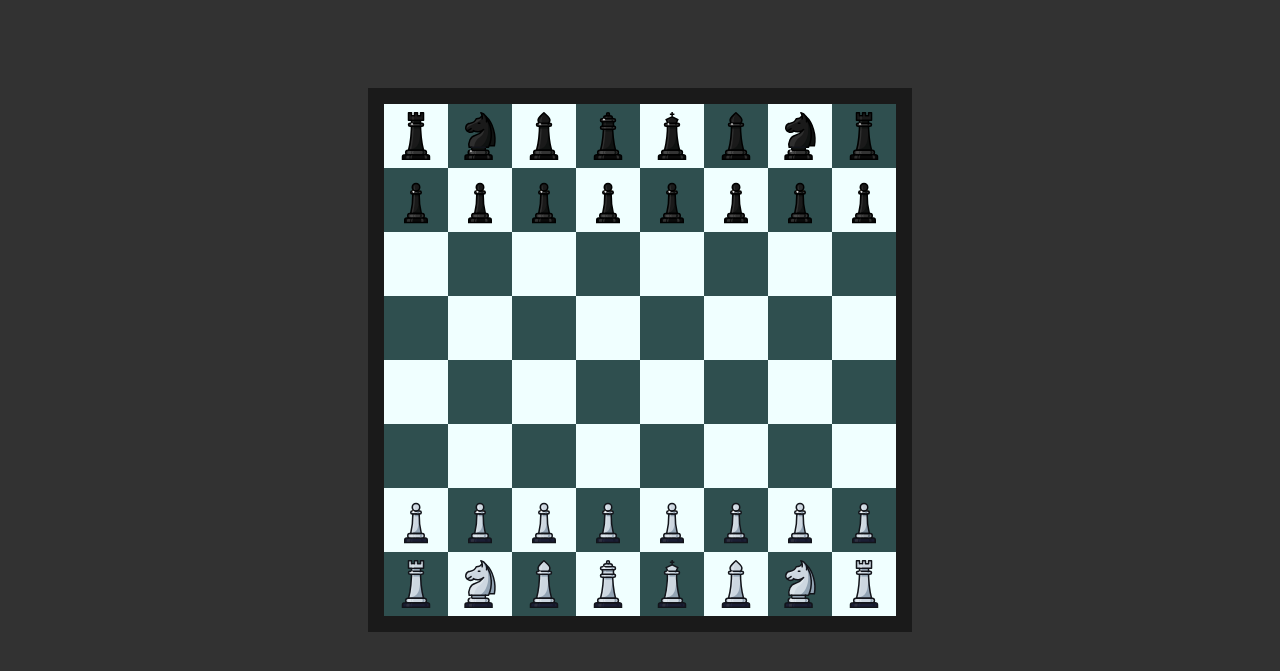
Repository: Mirsmog/react-chess
Page: /
The author's editor kept a copy of each file at every save. The page is drawn from the files as they stood at one save, then again after the next save.
The browser window is 1280 px wide. The pictures show the whole page.
The project was rebuilt for these pictures with package versions that can differ from the ones it lists, and the page was loaded fresh each time. Also part of the build but not shown: vite.config.ts.

Above is the page before, as saved 2023-10-28 16:01:13.

### src/App.tsx
import BoardComponent from '@/components/BoardComponent';
import { Board } from './models/Board';
import React from 'react';

const App = () => {
  const [board, setBoard] = React.useState(new Board());

  React.useEffect(() => {
    restart();
  }, []);

  function restart() {
    const newBoard = new Board();
    newBoard.initCells();
    newBoard.addFigures()
    setBoard(newBoard);
  }
  return (
    <div className='app'>
      <BoardComponent board={board} setBoard={setBoard} />
    </div>
  );
};

export default App;

### src/index.css
:root {
  --sell-size: 64px;
}

* {
  margin: 0;
  padding: 0;
}

.app {
  background-color: #323232;
  width: 100vw;
  height: 100vh;
  display: flex;
  justify-content: center;
  align-items: center;
}

.board {
  display: flex;
  width: calc(var(--sell-size) * 8);
  height: calc(var(--sell-size) * 8);
  flex-wrap: wrap;
  border: 16px solid #1a1a1a;
}

.cell {
  width: var(--sell-size);
  height: var(--sell-size);
  display: flex;
  justify-content: center;
  align-items: center;
}

.cell img {
  width: 48px;
  height: 48px;
  position: relative;
  cursor: pointer;
}

img[src*='/src/assets/pawn-white.svg'],
img[src*='/src/assets/pawn-black.svg'] {
  /* transform: scale(1.18); */
  transform: translateY(3px);
}

.black {
  background-color: darkslategrey;
}

.white {
  background-color: azure;
}

.selected img{
  transform: scale(1.2);
}

.available {
  width: 12px;
  height: 12px;
  border-radius: 100%;
  background-color: brown;
}

### src/components/BoardComponent.tsx
import { Board } from '@/models/Board';
import React from 'react';
import CellComponent from './CellComponent';
import { Cell } from '@/models/Cell';

type Props = {
  board: Board;
  setBoard: (board: Board) => void;
};

const BoardComponent: React.FC<Props> = ({ board, setBoard }) => {
  const [currentCell, setCurrentCell] = React.useState<Cell | null>(null);
  const click = (cell: Cell) => {
    cell.figure && setCurrentCell(cell);
  };
  return (
    <div className='board'>
      {board.cells.map((row, index) => (
        <React.Fragment key={index}>
          {row.map((cell) => (
            <CellComponent
              click={click}
              key={cell.id}
              cell={cell}
              selected={cell.x === currentCell?.x && cell.y === currentCell?.y}
            />
          ))}
        </React.Fragment>
      ))}
    </div>
  );
};

export default BoardComponent;

### src/models/Board.ts
import { Cell } from './Cell';
import { Colors } from './Colors';
import { Bishop } from './figures/Bishop';
import { King } from './figures/King';
import { Knight } from './figures/Knight';
import { Pawn } from './figures/Pawn';
import { Queen } from './figures/Queen';
import { Rook } from './figures/Rook';

export class Board {
  cells: Cell[][] = [];

  public initCells() {
    for (let i = 0; i < 8; i++) {
      const row: Cell[] = [];
      for (let j = 0; j < 8; j++) {
        if ((i + j) % 2 !== 0) {
          row.push(new Cell(this, j, i, Colors.BLACK, null)); // black
        } else {
          row.push(new Cell(this, j, i, Colors.WHITE, null)); // white
        }
      }
      this.cells.push(row);
    }
  }
  public getCell(x: number, y: number) {
    return this.cells[y][x];
  }

  private addPawns() {
    for (let i = 0; i < 8; i++) {
      new Pawn(Colors.BLACK, this.getCell(i, 1));
      new Pawn(Colors.WHITE, this.getCell(i, 6));
    }
  }
  private addKings() {
    new King(Colors.BLACK, this.getCell(4, 0));
    new King(Colors.WHITE, this.getCell(4, 7));
  }
  private addQueens() {
    new Queen(Colors.BLACK, this.getCell(3, 0));
    new Queen(Colors.WHITE, this.getCell(3, 7));
  }
  private addBishops() {
    new Bishop(Colors.BLACK, this.getCell(2, 0));
    new Bishop(Colors.BLACK, this.getCell(5, 0));
    new Bishop(Colors.WHITE, this.getCell(2, 7));
    new Bishop(Colors.WHITE, this.getCell(5, 7));
  }
  private addKnights() {
    new Knight(Colors.BLACK, this.getCell(1, 0));
    new Knight(Colors.BLACK, this.getCell(6, 0));
    new Knight(Colors.WHITE, this.getCell(1, 7));
    new Knight(Colors.WHITE, this.getCell(6, 7));
  }
  private addRooks() {
    new Rook(Colors.BLACK, this.getCell(0, 0));
    new Rook(Colors.BLACK, this.getCell(7, 0));
    new Rook(Colors.WHITE, this.getCell(0, 7));
    new Rook(Colors.WHITE, this.getCell(7, 7));
  }

  public addFigures() {
    this.addKings();
    this.addBishops();
    this.addKnights();
    this.addQueens();
    this.addPawns();
    this.addRooks();
  }
}

### src/components/CellComponent.tsx
import { Cell } from '@/models/Cell';
import React from 'react';

type Props = {
  cell: Cell;
  selected: boolean;
  click: (cell: Cell) => void;
};

const CellComponent: React.FC<Props> = ({ cell, selected, click }) => {
  return (
    <div className={`cell ${cell.color} ${selected && 'selected'}`} onClick={() => click(cell)}>
      {cell.available && !cell.figure && <div className='available'></div>}
      {cell.figure?.logo && (
        <img src={cell.figure.logo} alt={cell.figure.logo} />
      )}
    </div>
  );
};

export default CellComponent;

### src/models/Cell.ts
import { Board } from './Board';
import { Colors } from './Colors';
import { Figure } from './figures/Figure';

export class Cell {
  readonly x: number;
  readonly y: number;
  readonly color: Colors;
  figure: Figure | null;
  board: Board;
  available: boolean;
  id: number;

  constructor(
    board: Board,
    x: number,
    y: number,
    color: Colors,
    figure: Figure | null
  ) {
    this.board = board;
    this.figure = figure;
    this.color = color;
    this.x = x;
    this.y = y;
    this.available = false;
    this.id = Math.random();
  }
}

### src/models/Colors.ts
export enum Colors {
  BLACK = 'black',
  WHITE = 'white',
}

### src/models/figures/Bishop.ts
import { Cell } from '../Cell';
import { Colors } from '../Colors';
import { Figure, FigureName } from './Figure';
import bishopBlack from '@/assets/bishop-black.svg';
import bishopWhite from '@/assets/bishop-white.svg';
export class Bishop extends Figure {
  constructor(color: Colors, cell: Cell) {
    super(color, cell);
    this.logo = color === Colors.BLACK ? bishopBlack : bishopWhite;
    this.name = FigureName.BISHOP
  }
}

### src/models/figures/King.ts
import { Cell } from '../Cell';
import { Colors } from '../Colors';
import { Figure, FigureName } from './Figure';
import kingBlack from '@/assets/king-black.svg';
import kingWhite from '@/assets/king-white.svg';
export class King extends Figure {
  constructor(color: Colors, cell: Cell) {
    super(color, cell);
    this.logo = color === Colors.BLACK ? kingBlack : kingWhite;
    this.name = FigureName.KING
  }
}

### src/models/figures/Knight.ts
import { Cell } from '../Cell';
import { Colors } from '../Colors';
import { Figure, FigureName } from './Figure';
import knightBlack from '@/assets/knight-black.svg';
import knightWhite from '@/assets/knight-white.svg';
export class Knight extends Figure {
  constructor(color: Colors, cell: Cell) {
    super(color, cell);
    this.logo = color === Colors.BLACK ? knightBlack : knightWhite;
    this.name = FigureName.KNIGHT
  }
}

### src/models/figures/Pawn.ts
import { Cell } from '../Cell';
import { Colors } from '../Colors';
import { Figure, FigureName } from './Figure';
import pawnBlack from '@/assets/pawn-black.svg';
import pawnWhite from '@/assets/pawn-white.svg';
export class Pawn extends Figure {
  constructor(color: Colors, cell: Cell) {
    super(color, cell);
    this.logo = color === Colors.BLACK ? pawnBlack : pawnWhite;
    this.name = FigureName.PAWN
  }
}

### src/models/figures/Queen.ts
import { Cell } from '../Cell';
import { Colors } from '../Colors';
import { Figure, FigureName } from './Figure';
import queenBlack from '@/assets/queen-black.svg';
import queenWhite from '@/assets/queen-white.svg';
export class Queen extends Figure {
  constructor(color: Colors, cell: Cell) {
    super(color, cell);
    this.logo = color === Colors.BLACK ? queenBlack : queenWhite;
    this.name = FigureName.QUEEN
  }
}

### src/models/figures/Rook.ts
import { Cell } from '../Cell';
import { Colors } from '../Colors';
import { Figure, FigureName } from './Figure';
import rookBlack from '@/assets/rook-black.svg';
import rookWhite from '@/assets/rook-white.svg';
export class Rook extends Figure {
  constructor(color: Colors, cell: Cell) {
    super(color, cell);
    this.logo = color === Colors.BLACK ? rookBlack : rookWhite;
    this.name = FigureName.ROOK;
  }
}

### src/models/figures/Figure.ts
import { Cell } from '../Cell';
import { Colors } from '../Colors';
import logo from '@/assets/bishop-black.svg';

import queenBlack from '@/assets/queen-black.svg';
import bishopBlack from '@/assets/bishop-black.svg';
import rookBlack from '@/assets/rook-black.svg';
import knightBlack from '@/assets/knight-black.svg';
import pawnBlack from '@/assets/pawn-black.svg';

import queenWhite from '@/assets/queen-white.svg';
import bishopWhite from '@/assets/bishop-white.svg';
import rookWhite from '@/assets/rook-white.svg';
import knightWhite from '@/assets/knight-white.svg';
import pawnWhite from '@/assets/pawn-white.svg';

export enum FigureName {
  FIGURE = 'figure',
  KING = 'king',
  QUEEN = 'queen',
  ROOK = 'rook',
  BISHOP = 'bishop',
  PAWN = 'pawn',
  KNIGHT = 'knight',
}


export class Figure {
  color: Colors;
  logo: typeof logo | null;
  cell: Cell;
  name: FigureName;
  id: number;

  constructor(color: Colors, cell: Cell) {
    this.color = color;
    this.cell = cell;
    this.cell.figure = this;
    this.logo = null;
    this.name = FigureName.FIGURE;
    this.id = Math.random();
  }

  canMove(target: Cell): boolean {
    return true;
  }
  moveFigure(target: Cell) {}
}

Loaded but not shown: index.html (common file); src/main.tsx (common file)

After the next save:
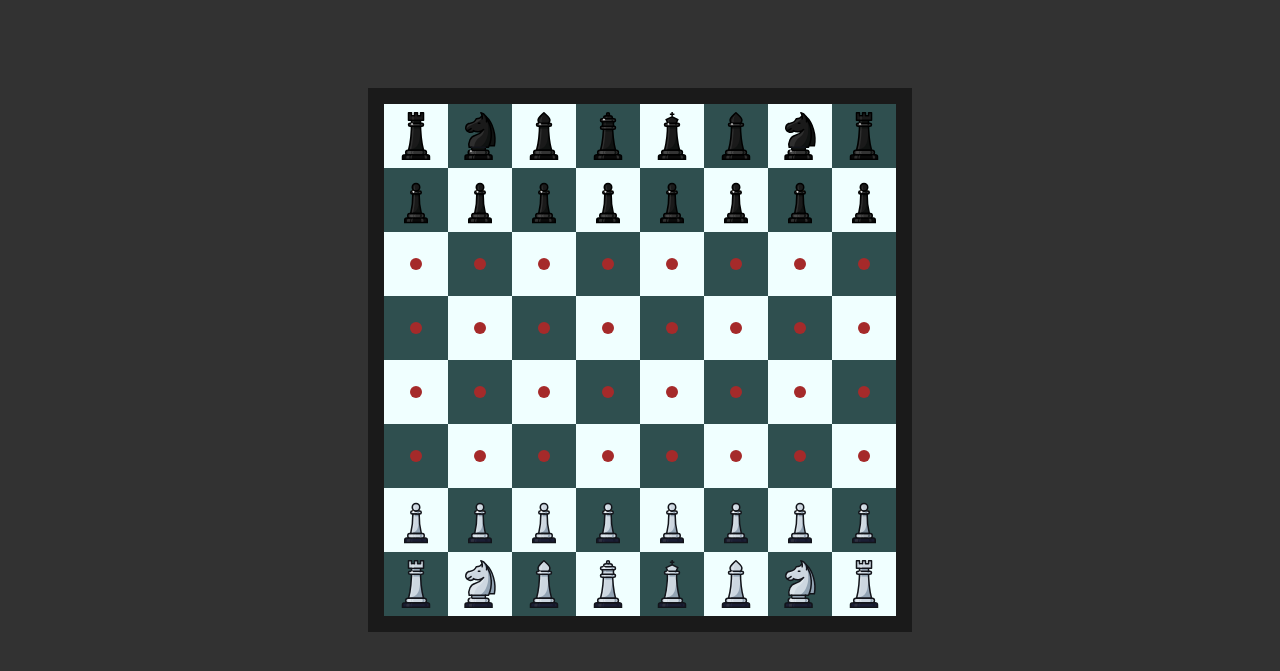
Saved 35 s later.
--- a/src/components/CellComponent.tsx
+++ b/src/components/CellComponent.tsx
@@ -10,7 +10,7 @@ type Props = {
 const CellComponent: React.FC<Props> = ({ cell, selected, click }) => {
   return (
     <div className={`cell ${cell.color} ${selected && 'selected'}`} onClick={() => click(cell)}>
-      {cell.available && !cell.figure && <div className='available'></div>}
+      {!cell.figure && <div className='available'></div>}
       {cell.figure?.logo && (
         <img src={cell.figure.logo} alt={cell.figure.logo} />
       )}
